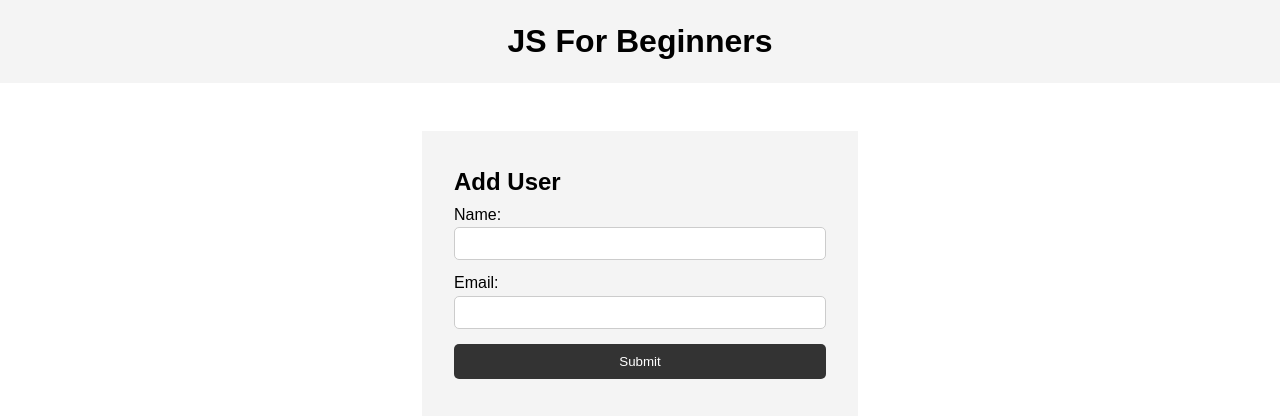
Repository: balkisys/FormationFullStackJS
Page: index.html
These files come from the project's save history. The page is drawn as it stood at one moment and after the next save; the edit follows.
The browser window is 1280 px wide. The pictures show the whole page.

Above is the page before, as saved 2021-03-13 09:59:34.

### index.html
<!DOCTYPE html>
<html lang="en">
  <head>
    <meta charset="UTF-8" />
    <meta name="viewport" content="width=device-width, initial-scale=1.0" />
    <meta http-equiv="X-UA-Compatible" content="ie=edge" />
    <title>JS For Beginners</title>
    <link rel="stylesheet" href="style.css">
  </head>
  <body>
    <header>
      <h1>JS For Beginners</h1>
    </header>

    <section class="container">
      <form id="my-form">
        <h1>Add User</h1>
        <div class="msg"></div>
        <div>
          <label for="name">Name:</label>
          <input type="text" id="name">
        </div>
        <div>
          <label for="email">Email:</label>
          <input type="text" id="email">
        </div>
        <input class="btn" type="submit" value="Submit">
      </form>

      <ul id="users"></ul>

      <!-- <ul class="items">
        <li class="item">Item 1</li>
        <li class="item">Item 2</li>
        <li class="item">Item 3</li>
      </ul> -->
    </section>



    <script src="test.js">

// the page automaticlly reload alert('Hello word');

    </script>
  </body>
</html>

### style.css
* {
    margin: 0;
    padding: 0;
    box-sizing: border-box;
}

body {
    font-family: Arial, Helvetica, sans-serif;
    line-height: 1.6;
}

ul {
    list-style: none;
}

ul li {
    padding: 5px;
    background: #f4f4f4;
    margin: 5px 0;
}

header {
    background: #f4f4f4;
    padding: 1rem;
    text-align: center;
}

.container {
    margin: auto;
    width: 500px;
    overflow: auto;
    padding: 3rem 2rem;
}

#my-form {
    padding: 2rem;
    background: #f4f4f4;
}

#my-form label {
    display: block;
}

#my-form input[type='text'] {
    width: 100%;
    padding: 8px;
    margin-bottom: 10px;
    border-radius: 5px;
    border: 1px solid #ccc;
}

.btn {
    display: block;
    width: 100%;
    padding: 10px 15px;
    border: 0;
    background: #333;
    color: #fff;
    border-radius: 5px;
    margin: 5px 0;
}

.btn:hover {
    background: #444;
}

.bg-dark {
    background: #333;
    color: #fff;
}

.error {
    background: orangered;
    color: #fff;
    padding: 5px;
    margin: 5px;
}

Loaded but not shown: test.js (no stored copy; drawn as an empty file)

After the next save:
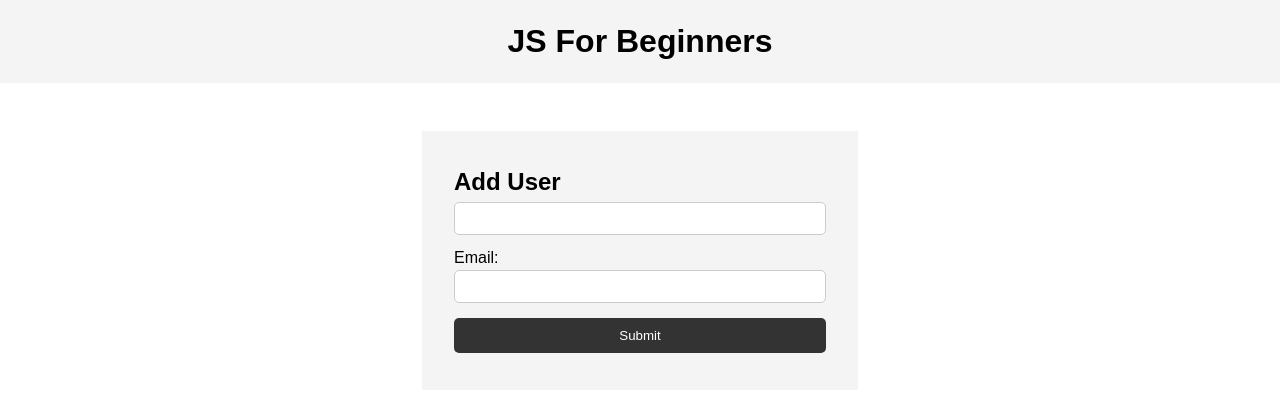
Saved 31 s later.
--- a/index.html
+++ b/index.html
@@ -17,7 +17,7 @@
         <h1>Add User</h1>
         <div class="msg"></div>
         <div>
-          <label for="name">Name:</label>
+
           <input type="text" id="name">
         </div>
         <div>

After the save that followed:
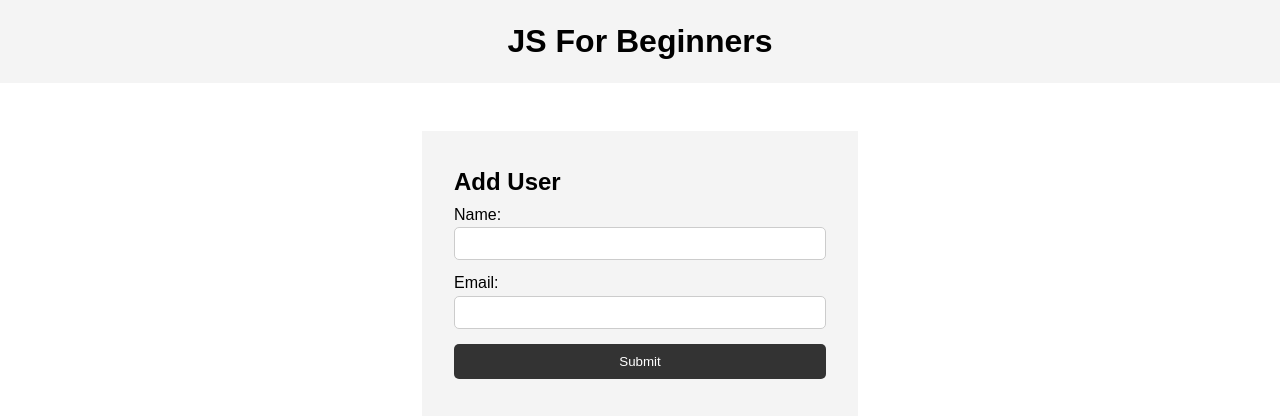
Saved 9 s later.
--- a/index.html
+++ b/index.html
@@ -17,7 +17,7 @@
         <h1>Add User</h1>
         <div class="msg"></div>
         <div>
-
+          <label for="name">Name:</label>
           <input type="text" id="name">
         </div>
         <div>
